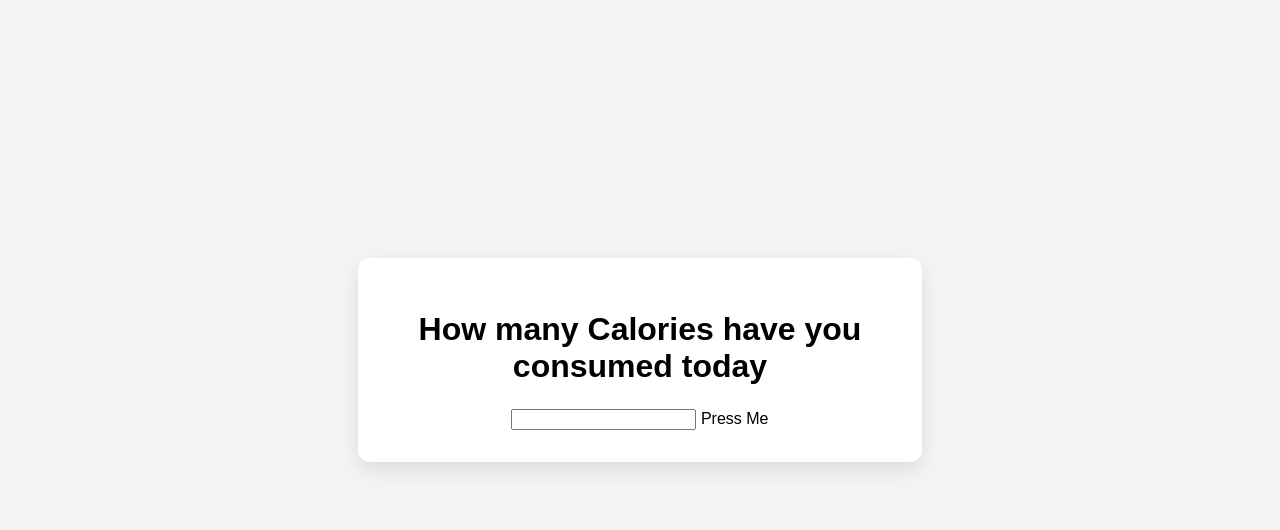
Repository: itaischwarz/health-app
Page: src/frontend/index.html
These files come from the project's save history. The page is drawn as it stood at one moment and after a run of saves; the edit follows.
The browser window is 1280 px wide. The pictures show the whole page.

Above is the page before, as saved 2025-08-16 11:37:10.

### src/frontend/index.html
<html lang="en">
    <head>
        <meta charset="utf-8" />
        <meta name="viewport" content="width=device-width, initial-scale=1" />
        <title>Input Today's Calories</title>
        <style>
            body {
                font-family: sans-serif;
                background: #f3f4f6;
                margin: 0;
                padding: 0;
                display: flex;
                align-items: center;
                justify-content: center;
                height: 100vh;

            }
            .container {
                background: white;
                padding: 32px;
                border-radius: 12px;
                box-shadow: 0 8px 20px rgba(0, 0, 0, 0.1);
                max-width: 500px;
                width: 100%;
                text-align: center;
            }
            h1 {
                margin-bottom: 24px;
            }
            input[type="text"]{
                width: 100%;
                padding: 12px;
                border: 1px solid #ccc;
                border-radius: 8px;
                font-size: 16px;

            }
        </style>
    </head>
    <body>
        <div class="container">
            <h1>How many Calories have you consumed today</h1>
            <input> Press Me </input>
        </div>
    </body>
</html>

After the next 2 saves:
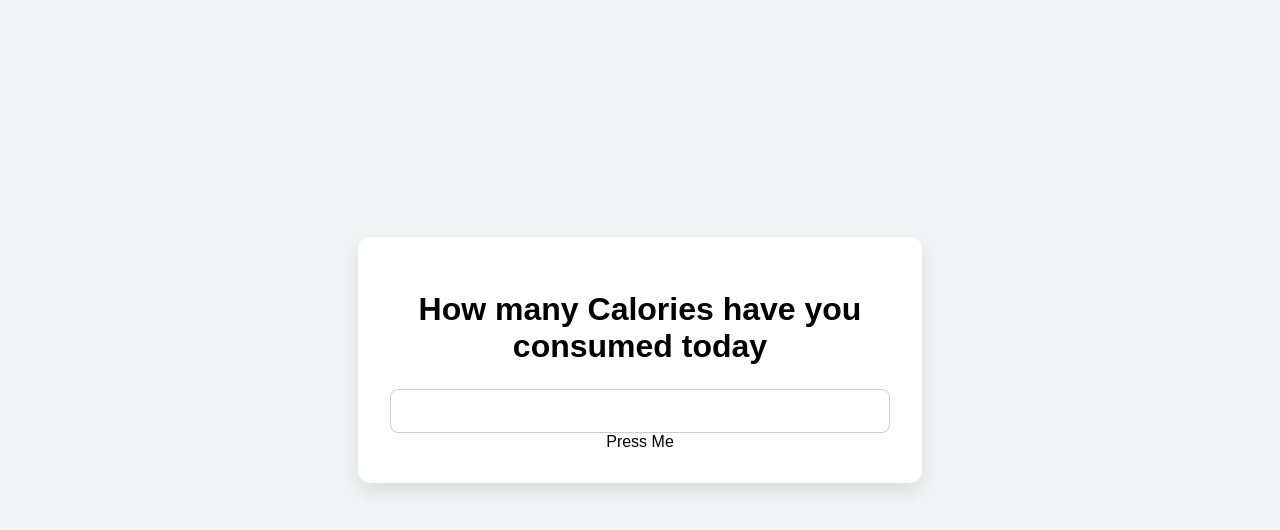
The 2 saves are shown as one change because they came seconds apart.
The last was saved 31 s later.
--- a/src/frontend/index.html
+++ b/src/frontend/index.html
@@ -40,7 +40,7 @@
     <body>
         <div class="container">
             <h1>How many Calories have you consumed today</h1>
-            <input> Press Me </input>
+            <input type="text" id=""> Press Me </input>
         </div>
     </body>
 </html>
